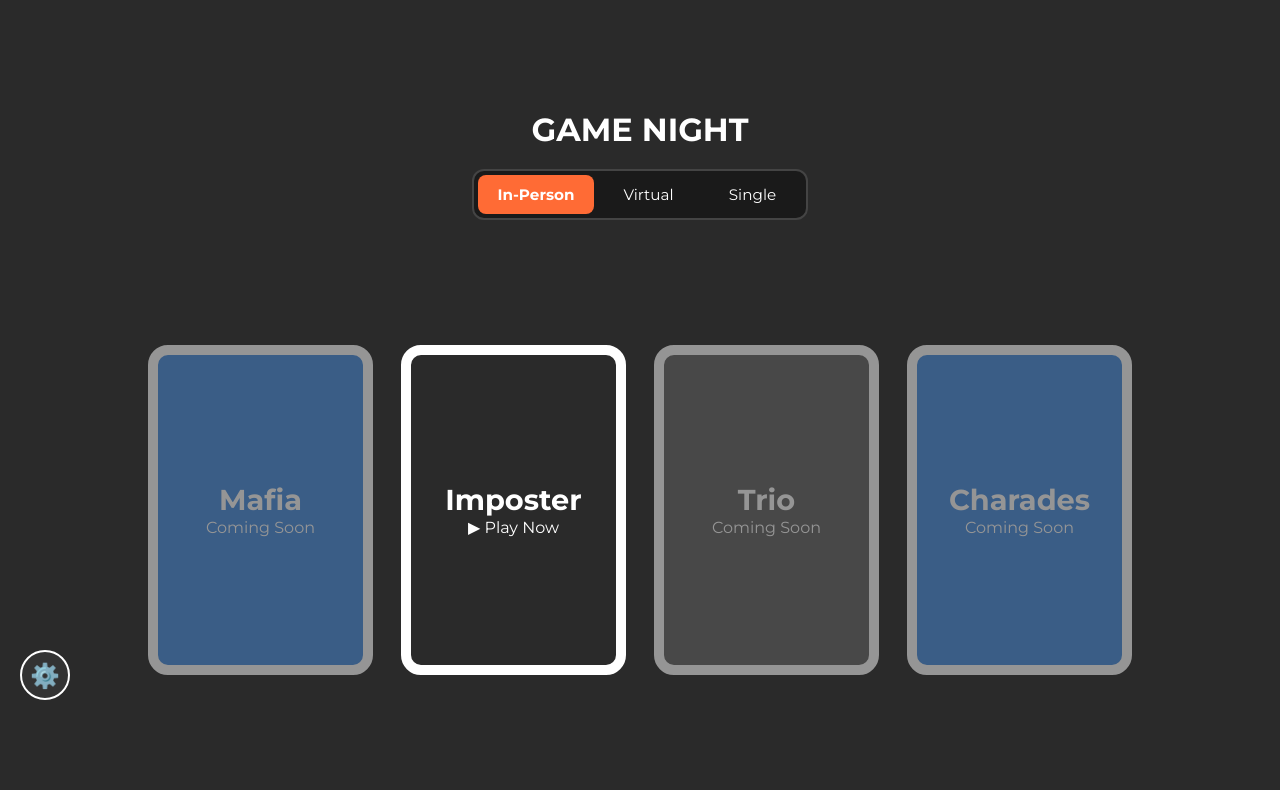
Repository: nfemmanuel/game-night-app
Page: /
An editor plug-in stored every save of this project. The page is shown before and after the next save, followed by the edit.
The browser window is 1280 px wide. The pictures show the whole page.
The project was rebuilt for these pictures with package versions that can differ from the ones it lists, and the page was loaded fresh each time. Also part of the build but not shown: src/components/BackButton.jsx, src/components/HelpButton.jsx, src/pages/imposter/ImposterSetup.jsx, src/data/wordList.js, src/pages/imposter/ImposterReveal.jsx, src/pages/imposter/ImposterVoting.jsx.

Above is the page before, as saved 2026-01-03 19:55:32.

### public/index.html
<!DOCTYPE html>
<html lang="en">

<head>
  <meta charset="utf-8" />
  <link rel="icon" href="%PUBLIC_URL%/favicon.ico" />
  <link rel="preconnect" href="https://fonts.googleapis.com">
  <link rel="preconnect" href="https://fonts.gstatic.com" crossorigin>
  <link href="https://fonts.googleapis.com/css2?family=Montserrat:wght@400;600;700&display=swap" rel="stylesheet">
  <meta name="viewport" content="width=device-width, initial-scale=1, maximum-scale=1, user-scalable=no" />
  <meta name="theme-color" content="#000000" />
  <meta name="description" content="Web site created using create-react-app" />
  <link rel="apple-touch-icon" href="%PUBLIC_URL%/logo192.png" />
  <!--
      manifest.json provides metadata used when your web app is installed on a
      user's mobile device or desktop. See https://developers.google.com/web/fundamentals/web-app-manifest/
    -->
  <link rel="manifest" href="%PUBLIC_URL%/manifest.json" />
  <!--
      Notice the use of %PUBLIC_URL% in the tags above.
      It will be replaced with the URL of the `public` folder during the build.
      Only files inside the `public` folder can be referenced from the HTML.

      Unlike "/favicon.ico" or "favicon.ico", "%PUBLIC_URL%/favicon.ico" will
      work correctly both with client-side routing and a non-root public URL.
      Learn how to configure a non-root public URL by running `npm run build`.
    -->
  <title>NF's Game Night</title>
</head>

<body>
  <noscript>You need to enable JavaScript to run this app.</noscript>
  <div id="root"></div>
  <!--
      This HTML file is a template.
      If you open it directly in the browser, you will see an empty page.

      You can add webfonts, meta tags, or analytics to this file.
      The build step will place the bundled scripts into the <body> tag.

      To begin the development, run `npm start` or `yarn start`.
      To create a production bundle, use `npm run build` or `yarn build`.
    -->
</body>

</html>

### src/index.js
import React from 'react';
import ReactDOM from 'react-dom/client';
import './index.css';
import App from './App';
import reportWebVitals from './reportWebVitals';
import * as serviceWorkerRegistration from './serviceWorkerRegistration';

const root = ReactDOM.createRoot(document.getElementById('root'));
root.render(
  <React.StrictMode>
    <App />
  </React.StrictMode>
);

// If you want to start measuring performance in your app, pass a function
// to log results (for example: reportWebVitals(console.log))
// or send to an analytics endpoint. Learn more: https://bit.ly/CRA-vitals
reportWebVitals();

serviceWorkerRegistration.register();

### src/App.js
import { BrowserRouter, Routes, Route } from 'react-router-dom';
import './styles/global.css';
import LandingPage from './pages/LandingPage';
import ImposterSetup from './pages/imposter/ImposterSetup';
import ImposterReveal from './pages/imposter/ImposterReveal';
import ImposterVoting from './pages/imposter/ImposterVoting';

function App() {
  return (
    <BrowserRouter>
      <Routes>
        <Route path="/" element={<LandingPage />} />
        <Route path="/imposter-setup" element={<ImposterSetup />} />
        <Route path="/imposter-reveal" element={<ImposterReveal />} />
        <Route path="/imposter-voting" element={<ImposterVoting />} />
      </Routes>
    </BrowserRouter>
  );
}

export default App;

### src/serviceWorkerRegistration.js
export function register() {
    if ('serviceWorker' in navigator) {
        window.addEventListener('load', () => {
            navigator.serviceWorker.register('/service-worker.js').then(
                (registration) => {
                    console.log('SW registered: ', registration);
                },
                (error) => {
                    console.log('SW registration failed: ', error);
                }
            );
        });
    }
}

### src/styles/global.css
* {
    margin: 0;
    padding: 0;
    box-sizing: border-box;
}

body {
    font-family: 'Montserrat', 'Helvetica Neue', 'Arial', sans-serif;
    background-color: rgb(42, 42, 42);
    color: white;
    overflow: hidden;
}

button {
    cursor: pointer;
    border: none;
    border-radius: 5px;
    font-family: inherit;
    font-size: 1rem;
    padding: 10px 20px;
}

/* Prevent scrolling under fixed buttons */
body {
    padding-top: 70px;
}

/* Page title positioning */
.page-title {
    margin-top: 0;
    margin-bottom: 30px;
}

/* Mobile adjustments */
@media (max-width: 768px) {

    /* Page titles */
    .page-title {
        font-size: 2rem !important;
        margin-bottom: 20px;
    }

    /* General headings */
    h1 {
        font-size: 3rem !important;
    }

    h2 {
        font-size: 1.5rem !important;
    }

    h3 {
        font-size: 1.2rem !important;
    }

    p {
        font-size: 1rem !important;
    }

    /* Input fields */
    input[type="text"] {
        width: 100% !important;
        max-width: 300px !important;
        font-size: 1rem !important;
        padding: 12px !important;
        margin-right: 0 !important;
        margin-bottom: 10px !important;
    }

    /* Buttons */
    button {
        font-size: 1rem !important;
        padding: 12px 24px !important;
    }

    /* Smaller back/help buttons */
    .back-button {
        padding: 8px 12px !important;
        font-size: 1rem !important;
        top: 10px !important;
        left: 10px !important;
    }

    .help-button-container {
        top: 10px !important;
        right: 10px !important;
    }

    .help-button {
        width: 30px !important;
        height: 30px !important;
        font-size: 1.2rem !important;
    }

    /* Reveal card */
    .reveal-card {
        width: 280px !important;
        height: 400px !important;
    }

    .reveal-card h2 {
        font-size: 2rem !important;
    }

    /* Reduce padding on mobile */
    body {
        padding-top: 60px;
    }
}

@media (max-width: 480px) {
    .page-title {
        font-size: 1.5rem !important;
    }

    h1 {
        font-size: 2.5rem !important;
    }

    input[type="text"] {
        font-size: 0.9rem !important;
        padding: 10px !important;
    }

    button {
        font-size: 0.9rem !important;
        padding: 10px 20px !important;
    }

    .reveal-card {
        width: 240px !important;
        height: 340px !important;
    }

    .reveal-card h2 {
        font-size: 1.8rem !important;
    }
}

/* Landing page can scroll on mobile */
.landing-page {
    overflow-y: auto !important;
    height: 100vh;
}

/* Slide-in animation */
@keyframes slideInLeft {
    from {
        transform: translateX(-100%);
    }

    to {
        transform: translateX(0);
    }
}

### src/pages/LandingPage.jsx
import { useState } from 'react';
import { useNavigate } from 'react-router-dom';
import { useSwipeable } from 'react-swipeable';
import GameCard from '../components/GameCard';
import ModeSelector from '../components/ModeSelector';
import SettingsButton from '../components/SettingsButton';

function LandingPage() {
    const navigate = useNavigate();
    const [currentMode, setCurrentMode] = useState('in-person');

    const games = [
        { name: "Mafia", modes: ["in-person"], route: "/mafia-setup", available: false, color: "blue" },
        { name: "Imposter", modes: ["in-person", "virtual"], route: "/imposter-setup", available: true, color: "orange" },
        { name: "Trio", modes: ["in-person", "virtual", "single"], route: "/trio-setup", available: false, color: "orange" },
        { name: "UNO", modes: ["virtual", "single"], route: "/uno-setup", available: false, color: "blue" },
        { name: "UNO: Show 'Em No Mercy", modes: ["virtual", "single"], route: "/uno-nm-setup", available: false, color: "orange" },
        { name: "Charades", modes: ["in-person"], route: "/charades-setup", available: false, color: "blue" }
    ];

    const filteredGames = games.filter(game => game.modes.includes(currentMode));

    const handleClick = (gameName, route) => {
        if (route) {
            navigate(route);
        }
    };

    // Swipe handlers
    const modes = ['in-person', 'virtual', 'single'];
    const currentIndex = modes.indexOf(currentMode);

    const handlers = useSwipeable({
        onSwipedLeft: () => {
            // Swipe left = go to next mode (right)
            if (currentIndex < modes.length - 1) {
                setCurrentMode(modes[currentIndex + 1]);
            }
        },
        onSwipedRight: () => {
            // Swipe right = go to previous mode (left)
            if (currentIndex > 0) {
                setCurrentMode(modes[currentIndex - 1]);
            }
        },
        preventScrollOnSwipe: true,
        trackMouse: true // Also works with mouse dragging on desktop
    });

    return (
        <div
            {...handlers}
            className="landing-page"
            style={{
                padding: '20px',
                textAlign: 'center',
                display: 'flex',
                flexDirection: 'column',
                minHeight: '100vh',
                touchAction: 'pan-y' // Allow vertical scrolling, but capture horizontal swipes
            }}
        >
            {/* Fixed Header */}
            <div style={{ flexShrink: 0 }}>
                <h1 style={{ marginBottom: '20px', marginTop: '20px' }}>GAME NIGHT</h1>
                <ModeSelector currentMode={currentMode} onModeChange={setCurrentMode} />
            </div>

            {/* Vertically Centered Game Cards */}
            <div style={{
                flex: 1,
                display: 'flex',
                alignItems: 'center',
                justifyContent: 'center',
                minHeight: 0
            }}>
                <div style={{
                    display: 'flex',
                    gap: '8px',
                    justifyContent: 'center',
                    flexWrap: 'wrap',
                    padding: '0 8px',
                    width: '100%',
                    boxSizing: 'border-box'
                }}>
                    {filteredGames.map(game => (
                        <GameCard
                            key={game.name}
                            name={game.name}
                            available={game.available}
                            color={game.color}
                            onClick={() => handleClick(game.name, game.route)}
                        />
                    ))}
                </div>
            </div>

            {/* Settings Button */}
            <SettingsButton />
        </div>
    );
}

export default LandingPage;

### src/components/GameCard.jsx
import styles from './GameCard.module.css';

function GameCard({ name, available, onClick, color }) {
    const cardClasses = `${styles.card} ${available ? styles.available : styles.disabled} ${color ? styles[color] : ''}`;

    return (
        <div
            className={cardClasses}
            onClick={available ? onClick : null}
        >
            <div className={styles.cardName}>{name}</div>
            <div className={styles.cardStatus}>{available ? '▶ Play Now' : 'Coming Soon'}</div>
        </div>
    );
}

export default GameCard;

### src/components/ModeSelector.jsx
function ModeSelector({ currentMode, onModeChange }) {
    const modes = [
        { id: 'in-person', label: 'In-Person' },
        { id: 'virtual', label: 'Virtual' },
        { id: 'single', label: 'Single' }
    ];

    return (
        <div style={{
            display: 'flex',
            justifyContent: 'center',
            marginBottom: '30px',
            flexShrink: 0
        }}>
            <div style={{
                display: 'flex',
                backgroundColor: '#1a1a1a',
                borderRadius: '12px',
                padding: '4px',
                border: '2px solid #444',
                gap: '4px'
            }}>
                {modes.map(mode => (
                    <button
                        key={mode.id}
                        onClick={() => onModeChange(mode.id)}
                        style={{
                            padding: '10px 20px',
                            fontSize: '0.95rem',
                            backgroundColor: currentMode === mode.id ? '#FF6B35' : 'transparent',
                            color: 'white',
                            border: 'none',
                            borderRadius: '8px',
                            cursor: 'pointer',
                            transition: 'all 0.3s ease',
                            fontFamily: 'inherit',
                            fontWeight: currentMode === mode.id ? 'bold' : 'normal',
                            minWidth: '100px',
                            whiteSpace: 'nowrap'
                        }}
                    >
                        {mode.label}
                    </button>
                ))}
            </div>
        </div>
    );
}

export default ModeSelector;

### src/components/SettingsButton.jsx
import { useState } from 'react';

function SettingsButton() {
    const [isOpen, setIsOpen] = useState(false);

    return (
        <>
            {/* Settings Icon - Bottom Left */}
            <button
                onClick={() => setIsOpen(true)}
                style={{
                    position: 'fixed',
                    bottom: '20px',
                    left: '20px',
                    width: '50px',
                    height: '50px',
                    borderRadius: '50%',
                    backgroundColor: '#333',
                    border: '2px solid white',
                    color: 'white',
                    fontSize: '1.5rem',
                    cursor: 'pointer',
                    zIndex: 1000,
                    display: 'flex',
                    alignItems: 'center',
                    justifyContent: 'center'
                }}
            >
                ⚙️
            </button>

            {/* Settings Drawer */}
            {isOpen && (
                <>
                    {/* Backdrop */}
                    <div
                        onClick={() => setIsOpen(false)}
                        style={{
                            position: 'fixed',
                            top: 0,
                            left: 0,
                            right: 0,
                            bottom: 0,
                            backgroundColor: 'rgba(0, 0, 0, 0.5)',
                            zIndex: 1001
                        }}
                    />

                    {/* Drawer */}
                    <div
                        style={{
                            position: 'fixed',
                            left: 0,
                            top: 0,
                            bottom: 0,
                            width: '300px',
                            maxWidth: '80vw',
                            backgroundColor: '#2a2a2a',
                            padding: '20px',
                            zIndex: 1002,
                            boxShadow: '2px 0 10px rgba(0,0,0,0.5)'
                        }}
                    >
                        <div style={{
                            display: 'flex',
                            justifyContent: 'space-between',
                            alignItems: 'center',
                            marginBottom: '20px'
                        }}>
                            <h2 style={{ margin: 0 }}>Settings</h2>
                            <button
                                onClick={() => setIsOpen(false)}
                                style={{
                                    background: 'none',
                                    border: 'none',
                                    color: 'white',
                                    fontSize: '1.5rem',
                                    cursor: 'pointer',
                                    padding: '0'
                                }}
                            >
                                ✕
                            </button>
                        </div>

                        <p style={{ color: '#999' }}>Settings coming soon...</p>
                    </div>
                </>
            )}
        </>
    );
}

export default SettingsButton;

### src/components/GameCard.module.css
.card {
    width: 225px;
    aspect-ratio: 225 / 330;
    padding: 30px;
    margin: 10px;
    border-radius: 20px;
    border: 10px solid white;
    text-align: center;
    transition: all 0.3s ease;
    display: flex;
    flex-direction: column;
    justify-content: center;
    align-items: center;
}

.cardName {
    font-size: 1.8rem;
    font-weight: bold;
    margin: 0;
    line-height: 1.2;
}

.cardAvailable {
    font-size: 1.1rem;
    margin: 10px 0 0 0;
}

.available {
    color: white;
    cursor: pointer;
}

.available:hover {
    transform: scale(1.05);
}

.disabled {
    background-color: #666;
    color: white;
    cursor: not-allowed;
    opacity: 0.5;
}

.blue {
    background-color: #4A90E2;
}

.blue:hover {
    box-shadow: 0 0 20px rgba(74, 144, 226, 0.6);
}

/* Mobile: 3 cards per row with locked aspect ratio */
@media (max-width: 768px) {
    .card {
        width: calc(33.333% - 10px);
        aspect-ratio: 225 / 330;
        padding: 3vw;
        margin: 5px;
        border-width: 5px;
        border-radius: 12px;
    }

    .cardName {
        font-size: 0.65rem;
        font-weight: bold;
        margin-bottom: 5px;
        line-height: 1.1;
    }

    .cardStatus {
        font-size: 0.5rem;
        margin-top: 5px;
    }
}

@media (max-width: 480px) {
    .card {
        width: calc(30% - 8px);
        aspect-ratio: 225 / 330;
        padding: 2.5vw;
        margin: 4px;
        border-width: 4px;
    }

    .cardName {
        font-size: 1rem;
        font-weight: bold;
        margin-bottom: 3px;
        line-height: 1;
        word-wrap: break-word;
        overflow-wrap: break-word;
    }

    .cardStatus {
        font-size: 0.6rem;
        margin-top: 3px;
        white-space: nowrap;
    }
}

Loaded but not shown: src/index.css (common file); src/reportWebVitals.js (common file)

After the next save:
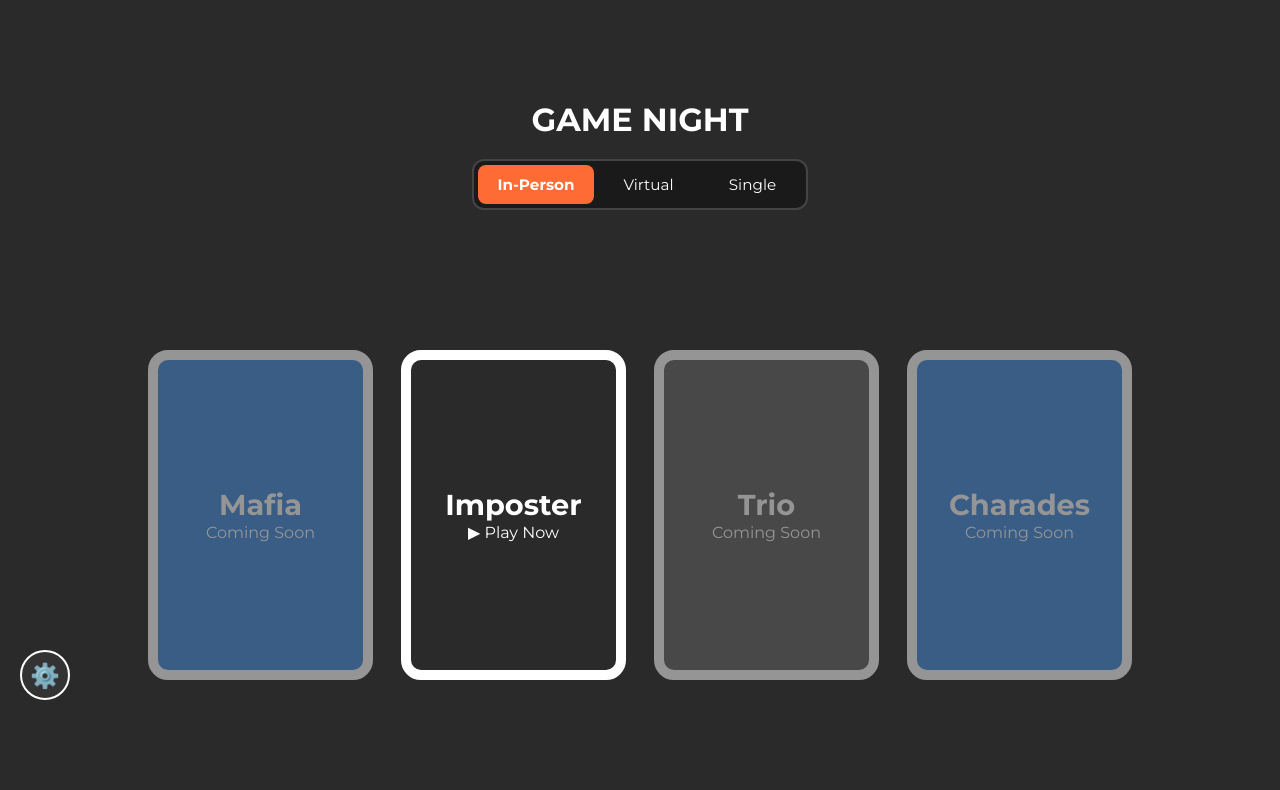
Saved 72 min 11 s later.
--- a/src/pages/LandingPage.jsx
+++ b/src/pages/LandingPage.jsx
@@ -8,6 +8,7 @@ import SettingsButton from '../components/SettingsButton';
 function LandingPage() {
     const navigate = useNavigate();
     const [currentMode, setCurrentMode] = useState('in-person');
+    const [slideDirection, setSlideDirection] = useState('');
 
     const games = [
         { name: "Mafia", modes: ["in-person"], route: "/mafia-setup", available: false, color: "blue" },
@@ -26,63 +27,96 @@ function LandingPage() {
         }
     };
 
-    // Swipe handlers
+    // Swipe handlers with animation
     const modes = ['in-person', 'virtual', 'single'];
     const currentIndex = modes.indexOf(currentMode);
 
+    const changeMode = (newMode, direction) => {
+        setSlideDirection(direction);
+        setTimeout(() => {
+            setCurrentMode(newMode);
+            setSlideDirection('');
+        }, 50);
+    };
+
     const handlers = useSwipeable({
         onSwipedLeft: () => {
-            // Swipe left = go to next mode (right)
             if (currentIndex < modes.length - 1) {
-                setCurrentMode(modes[currentIndex + 1]);
+                changeMode(modes[currentIndex + 1], 'left');
             }
         },
         onSwipedRight: () => {
-            // Swipe right = go to previous mode (left)
             if (currentIndex > 0) {
-                setCurrentMode(modes[currentIndex - 1]);
+                changeMode(modes[currentIndex - 1], 'right');
             }
         },
         preventScrollOnSwipe: true,
-        trackMouse: true // Also works with mouse dragging on desktop
+        trackMouse: true
     });
+
+    const handleModeChange = (newMode) => {
+        const newIndex = modes.indexOf(newMode);
+        const direction = newIndex > currentIndex ? 'left' : 'right';
+        changeMode(newMode, direction);
+    };
 
     return (
         <div
-            {...handlers}
             className="landing-page"
             style={{
                 padding: '20px',
-                textAlign: 'center',
+                minHeight: '100vh',
                 display: 'flex',
                 flexDirection: 'column',
-                minHeight: '100vh',
-                touchAction: 'pan-y' // Allow vertical scrolling, but capture horizontal swipes
+                boxSizing: 'border-box'
             }}
         >
-            {/* Fixed Header */}
-            <div style={{ flexShrink: 0 }}>
-                <h1 style={{ marginBottom: '20px', marginTop: '20px' }}>GAME NIGHT</h1>
-                <ModeSelector currentMode={currentMode} onModeChange={setCurrentMode} />
+            {/* SECTION 1: Title - Fixed height, centered content */}
+            <div style={{
+                textAlign: 'center',
+                paddingBottom: '10px',
+                flexShrink: 0
+            }}>
+                <h1 style={{ margin: '10px 0' }}>GAME NIGHT</h1>
             </div>
 
-            {/* Vertically Centered Game Cards */}
+            {/* SECTION 2: Mode Selector - Fixed height, centered content */}
             <div style={{
-                flex: 1,
-                display: 'flex',
-                alignItems: 'center',
-                justifyContent: 'center',
-                minHeight: 0
+                textAlign: 'center',
+                paddingBottom: '20px',
+                flexShrink: 0
             }}>
-                <div style={{
+                <ModeSelector currentMode={currentMode} onModeChange={handleModeChange} />
+            </div>
+
+            {/* SECTION 3: Game Cards - Takes remaining space, centered content */}
+            <div
+                {...handlers}
+                style={{
+                    flex: 1,
                     display: 'flex',
-                    gap: '8px',
+                    alignItems: 'center',
                     justifyContent: 'center',
-                    flexWrap: 'wrap',
-                    padding: '0 8px',
-                    width: '100%',
-                    boxSizing: 'border-box'
-                }}>
+                    minHeight: 0,
+                    overflow: 'hidden',
+                    position: 'relative'
+                }}
+            >
+                <div
+                    key={currentMode}
+                    style={{
+                        display: 'flex',
+                        gap: '8px',
+                        justifyContent: 'center',
+                        flexWrap: 'wrap',
+                        padding: '0 8px',
+                        width: '100%',
+                        boxSizing: 'border-box',
+                        animation: slideDirection
+                            ? `slide-in-${slideDirection} 0.3s ease-out`
+                            : 'none'
+                    }}
+                >
                     {filteredGames.map(game => (
                         <GameCard
                             key={game.name}
